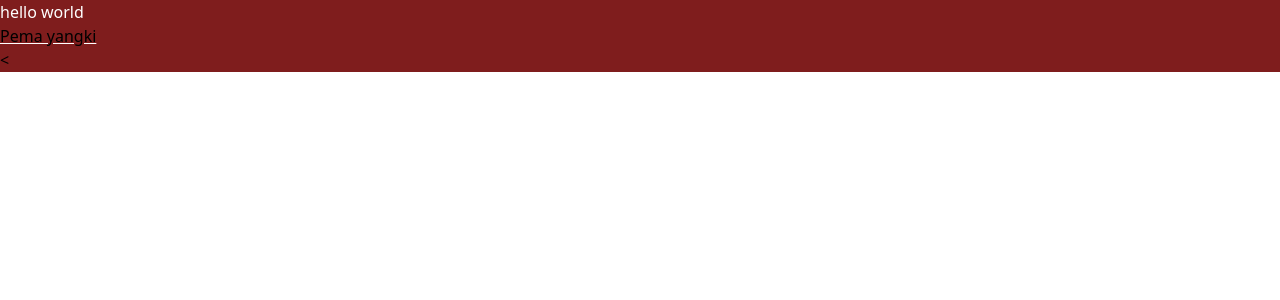
Repository: Pema-yangki/Css
Page: tailwind.html
These files come from the project's save history. The page is drawn as it stood at one moment and after the next save; the edit follows.
The browser window is 1280 px wide. The pictures show the whole page.
Some web libraries are served in a nearby version.

Above is the page before, as saved 2024-04-12 10:31:32.

After the next save:
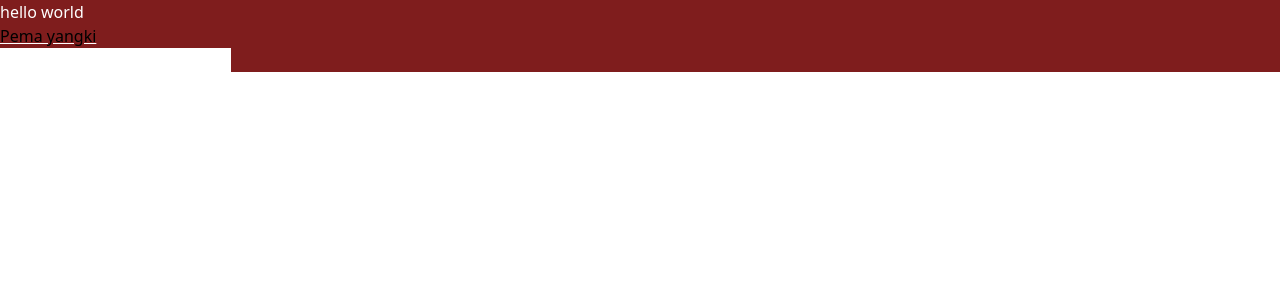
Saved 4 s later.
--- a/tailwind.html
+++ b/tailwind.html
@@ -10,7 +10,7 @@
     <div class="bg-red-900">
         <h1 class="text-white">hello world</h1>
         <h1 class="underline decoration-white">Pema yangki</h1>
-        <
+        <input
     </div>
 
 </body>
